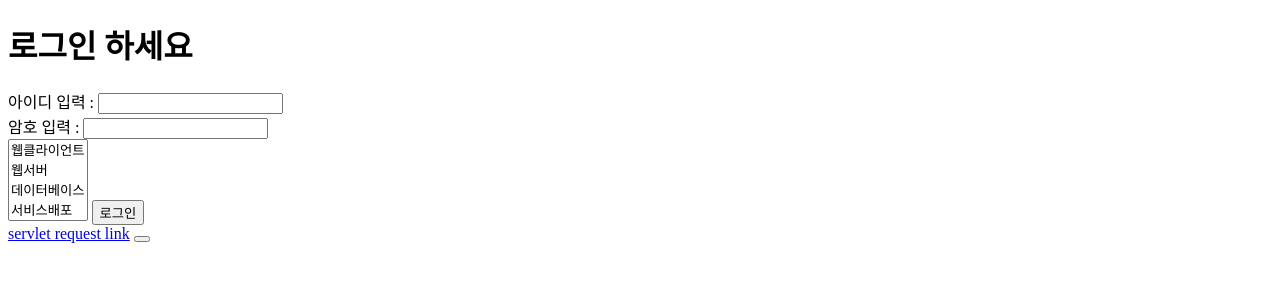
Repository: zwundzwzig/STARTERS
Page: workspace_webserver/servelettest/src/main/webapp/WEB-INF/login.html
The author's editor kept a copy of each file at every save. The page is drawn from the files as they stood at one save, then again after the next save.
The browser window is 1280 px wide. The pictures show the whole page.

Above is the page before, as saved 2023-01-04 04:26:33.

After the next save:
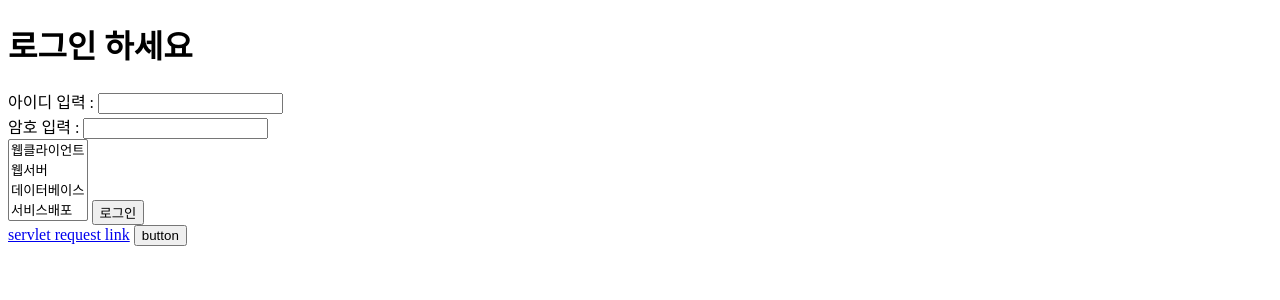
Saved 2 min 6 s later.
--- a/workspace_webserver/servelettest/src/main/webapp/WEB-INF/login.html
+++ b/workspace_webserver/servelettest/src/main/webapp/WEB-INF/login.html
@@ -20,7 +20,7 @@
 			<input type="submit" value="로그인" />
 		</form>
 		<a href="/servelettest/loginprocess?id=a&pw=1&title=spring">servlet request link</a>
-		<button id="btn"></button>
+		<button id="btn">button</button>
 			<script type="text/javascript">
 				document.getElementById("btn").onclick = function() {
 					location.href="/servelettest/loginprocess?id=javascript&pw=1&title=spring"
